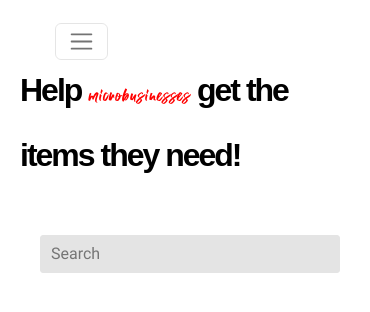
Repository: David-Waite/edableStyleChanges
Page: /
These files come from the project's save history. The page is drawn as it stood at one moment and after the next save; the edit follows.
The browser window is 370 px wide. The pictures show the whole page.
The project was rebuilt for these pictures with package versions that can differ from the ones it lists, and the page was loaded fresh each time. Also part of the build but not shown: src/components/Item/ProgressBar.css, src/components/Volunteer/Volunteer.tsx, src/components/DonorForm/Message.css, src/components/Volunteer/VolunteerError.tsx, src/components/Default.tsx, src/components/DonorForm/Paypal.tsx, src/components/DonorForm/DonorForm.tsx, src/components/Organisation/Organisation.module.css and 9 more.

Above is the page before, as saved 2022-10-27 18:12:03.

### public/index.html
<!DOCTYPE html>
<html lang="en">
  <head>
    <meta charset="utf-8" />
    <link rel="icon" href="%PUBLIC_URL%/favicon.ico" />
    <meta name="viewport" content="width=device-width, initial-scale=1" />
    <meta name="theme-color" content="#000000" />
    <meta name="description" content="EdAble Donations System" />
    <link rel="apple-touch-icon" href="%PUBLIC_URL%/logo192.png" />
    <link rel="manifest" href="%PUBLIC_URL%/manifest.json" />
    <link
      rel="stylesheet"
      href="https://cdn.jsdelivr.net/npm/bootstrap@5.2.0-beta1/dist/css/bootstrap.min.css"
      integrity="sha384-0evHe/X+R7YkIZDRvuzKMRqM+OrBnVFBL6DOitfPri4tjfHxaWutUpFmBp4vmVor"
      crossorigin="anonymous"
    />
    <title>EdAble Donations</title>
  </head>
  <body>
    <noscript>You need to enable JavaScript to run this app.</noscript>
    <div id="root"></div>
  </body>
  <script src="./iframeResizer.contentWindow.min.js"></script>
</html>

### src/index.tsx
import React from 'react';
import ReactDOM from 'react-dom/client';
import './index.css';
import App from './App';
import reportWebVitals from './reportWebVitals';
import './fonts/Roboto/Roboto-Medium.ttf';
import './fonts/Lora/Lora-VariableFont_wght.ttf';

const root = ReactDOM.createRoot(
  document.getElementById('root') as HTMLElement
);
root.render(
  <React.StrictMode>
    <App />
  </React.StrictMode>
);

// If you want to start measuring performance in your app, pass a function
// to log results (for example: reportWebVitals(console.log))
// or send to an analytics endpoint. Learn more: https://bit.ly/CRA-vitals
reportWebVitals();

### src/index.css
body {
  margin: 0;
  -webkit-font-smoothing: antialiased;
  -moz-osx-font-smoothing: grayscale;
}

code {
  font-family: source-code-pro, Menlo, Monaco, Consolas, "Courier New",
    monospace;
}

* {
  box-sizing: border-box;
}

#page-wrap {
  padding-bottom: 10px;
  padding-top: 10px;
}
@font-face {
  font-family: "Roboto";
  src: local("Roboto"),
    url("./fonts/Roboto/Roboto-Medium.ttf") format("truetype");
}

@font-face {
  font-family: "Lora";
  src: local("Lora"),
    url("./fonts/Lora/Lora-VariableFont_wght.ttf") format("truetype");
}

@font-face {
  font-family: "black_stonealternative";
  src: local("blackStone"),
    url("./fonts/BlackStone/blackstone-alternative-webfont.woff") format("woff");
}

h1 {
  font-family: "Roboto";
  font-style: normal;
  font-weight: 700;
  font-size: 52px;
  line-height: 64px;
  /* identical to box height, or 123% */
  color: #000000;
}

h2 {
  font-family: "Lora";
  font-style: normal;
  font-weight: 700;
  font-size: 47px;
  line-height: 60px;
  /* identical to box height, or 128% */
  color: #f1f1f1;
}

h3 {
  font-family: "Lora";
  font-style: normal;
  font-weight: 700;
  font-size: 40px;
  line-height: 51px;
  color: #c4c4c4;
}

h4 {
  font-family: "Roboto";
  font-style: normal;
  font-weight: 700;
  font-size: 35px;
  line-height: 43px;
  /* identical to box height, or 123% */
  letter-spacing: 0.02em;
  color: #000000;
}

h5 {
  font-family: "Roboto";
  font-style: normal;
  font-weight: 700;
  font-size: 28px;
  line-height: 44px;
  /* identical to box height, or 157% */
  color: #000000;
}

h6 {
  font-family: "Roboto";
  font-style: normal;
  font-weight: 700;
  font-size: 21px;
  line-height: 25px;
  /* identical to box height */
  color: #000000;
}

body {
  font-family: "Roboto";
  font-style: normal;
  font-weight: 400;
  font-size: 21px;
  line-height: 32px;
  /* identical to box height, or 152% */
  color: #000000;
}

### src/App.tsx
import React from "react";
import "./App.css";
import { BrowserRouter, Routes, Route } from "react-router-dom";

import { PayPalScriptProvider } from "@paypal/react-paypal-js";
import Base from "./components/Base";
import Landing from "./components/Landing/Landing";
import Volunteer from "./components/Volunteer/Volunteer";
import VolunteerError from "./components/Volunteer/VolunteerError";
import Default from "./components/Default";
import Organisation from "./components/Organisation/Organisation";
import ItemPage from "./components/Item/ItemPage";
import Success from "./components/DonorForm/Success";
import Cancel from "./components/DonorForm/Cancel";
import PastDonations from "./components/DonorForm/PastDonations";
import PastItemDonations from "./components/DonorForm/PastItemDonations";
import DonateTime from "./components/Volunteer/DonateTime";

function App() {
  return (
    <PayPalScriptProvider
      options={{
        "client-id":
        process.env.REACT_APP_PAYPAL_CLIENT_ID||"ATT3Tn46NrmHggGqVC4mzWOZWlnbp2ID9DA0yQnhsgqPFIVPPlLhfSI_-atbZc3aN7n_k7wUVTyQJMnI",
        currency: "AUD",
      }}
    >
      <BrowserRouter>
        <Routes>
          <Route path="/" element={<Base />}>
            <Route path="/" element={<Landing />} />
            <Route path="volunteer" element={<Volunteer />} />
            <Route path="success" element={<Success />} />
            <Route path="organisation/:orgId" element={<Organisation />} />
            <Route path="cancel/:orgId" element={<Cancel />} />
            <Route path="volunteererror/:orgId" element={<VolunteerError />} />
            <Route path="organisation/:orgId" element={<PastDonations />} />
            <Route path="item/:orgID/:itemID" element={<ItemPage />} />
            <Route path="item/:orgID/:itemID" element={<PastItemDonations />} />
            <Route path="volunteer/organisation/:orgId" element={<DonateTime />} />
            <Route path="volunteer/success" element={<Success />} />

            {/* Using path="*"" means "match anything", so this route
                acts like a catch-all for URLs that we don't have explicit
              routes for. */}
            <Route path="*" element={<Default />} />
          </Route>
        </Routes>
      </BrowserRouter>
    </PayPalScriptProvider>
  );
}

export default App;

### src/App.css
.App {
  text-align: center;
}

.App-logo {
  height: 40vmin;
  pointer-events: none;
}

@media (prefers-reduced-motion: no-preference) {
  .App-logo {
    animation: App-logo-spin infinite 20s linear;
  }
}

.App-header {
  background-color: #282c34;
  min-height: 100vh;
  display: flex;
  flex-direction: column;
  align-items: center;
  justify-content: center;
  font-size: calc(10px + 2vmin);
  color: white;
}

.App-link {
  color: #61dafb;
}

@keyframes App-logo-spin {
  from {
    transform: rotate(0deg);
  }
  to {
    transform: rotate(360deg);
  }
}

.font-face-rob {
  font-family: "Roboto";
}

.font-face-lora {
  font-family: "Lora";
}

.font-face-Black {
  font-family: "black_stonealternative";
}

### src/components/Base.tsx
import { Outlet } from 'react-router-dom';

function BasePage() {
  return (
    <>
      {/* An <Outlet> renders whatever child route is currently active,
          so you can think about this <Outlet> as a placeholder for
        the child routes we defined above. */}
      <Outlet/>
    </>
  );
}

export default BasePage;

### src/components/Landing/Landing.tsx
import { useEffect, useState } from "react";
import "./Landing.css";
import { Link } from "react-router-dom";
import { db } from "../../config/firebase";
import { collection, query, onSnapshot, where } from "firebase/firestore";
import { Button, Container, Carousel, Row, Col } from "react-bootstrap";
import { ReactComponent as InclusionHero } from "./InclusionHero.svg";

import Sidebar from "./Sidebar";
import ItemsCollection from "./ItemsCollection";
import Organisation from "../Organisation/Organisation";

function Landing() {
  const [orgList, setOrgList] = useState<any>([]);

  // gets all the orgs from dbs
  useEffect(() => {
    const q = query(
      collection(db, "Organisations"),
      where("activeStatus", "==", true)
    );
    onSnapshot(q, (querySnapshot) => {
      // setOrgList dumps all the orgs in orgList
      setOrgList(
        querySnapshot.docs.map((doc) => ({
          id: doc.id,
          data: doc.data(),
        }))
      );
    });
  }, []);

  useEffect(() => {
    window.scrollTo(0, 0);
  }, []);

  return (
    //   these lines set up the format of the page
    <>
      <div className="landing">
        {/* Burger menu */}
        <div className="navBarContainer">
          <Sidebar orgList={orgList} />
        </div>

        <div className="App" id="outer-container">
          {/* Carousel */}
          <div className="slideshowCon">
            <Row>
              <Col>
                <div className="carouselContainer">
                  <Carousel
                    touch={true}
                    interval={4000}
                    indicators={true}
                    variant="light"
                  >
                    {orgList.map((org: any) => (
                      <Carousel.Item
                        key={org.id.toString()}
                        style={{
                          textAlign: "left",
                        }}
                      >
                        <Link
                          to={`organisation/${org.id}`}
                          style={{
                            textDecoration: "none",
                            color: "black",
                          }}
                        >
                          {/* this div contains the carousel item's contents and makes the whole carousel item a link (based on link tag above) */}
                          <div
                            className="carousel-contents"
                            style={{ backgroundImage: `url(${org.data.img})` }}
                          >
                            <h2 className="title">{org.data.name}</h2>
                            <div className="carousel-contents-bottom">
                              <p className="orgSummary">{org.data.summary}</p>
                              <Button
                                className="btnContribute"
                                variant="warning"
                              >
                                <div>
                                  CONTRIBUTE TO
                                  <span>{org.data.name.toUpperCase()}</span>!
                                </div>
                              </Button>
                            </div>
                          </div>
                        </Link>
                      </Carousel.Item>
                    ))}
                  </Carousel>
                </div>
              </Col>
            </Row>
          </div>
        </div>

        <ItemsCollection orgList={orgList} />
      </div>
    </>
  );
}

export default Landing;

### src/components/Landing/Landing.css
.carousel-control-next,
.carousel-control-prev {
  width: 10%;
}

.landing {
  max-width: 1000px;
  padding-top: 20px;
  margin: 0 auto 90px;
}

.title {
  font-size: 33px;
  font-family: sans-serif;
  height: auto;
  margin-bottom: 0px;
}

.col {
  padding: 0;
}

.navBarContainer {
  margin-left: 30px;
  margin-top: 10px;
  position: absolute;
  color: white;
}

.carousel {
  /* margin: 3px; */
  /* border-radius: 30px; */

  color: white;
  /* height: ; */
}

.carousel-contents {
  display: flex;

  flex-direction: column;
  justify-content: flex-end;

  padding: 10px 25px;
  color: white;
  height: 500px;
}

.carousel-indicators {
  margin-bottom: 10px;
}

.carousel-contents-bottom {
  display: flex;
  align-items: center;
  justify-content: space-between;
  gap: 20px;

  margin-bottom: 30px;
}

.btnContribute {
  background-color: #e50040;
  color: white;
  border: none;
  border-radius: 3px;
  padding: 10px 15px;
}

.btnContribute span {
  margin-left: 3px;
  font-size: 16px;
  font-weight: 400;
  color: white;
}

.btnContribute div {
  width: 300px;
  font-size: 16px;
  font-weight: 400;
  margin: 0;
}

.btnContribute:hover {
  background-color: #d4033e;
  color: white;
}

.orgSummary {
  font-size: 16px;
  line-height: 25px;
}

.imgCarousel {
  width: 100%;
  height: 600px;
}

@media (max-width: 1040px) {
  .landing {
    padding: 0 20px;
  }
}

@media (max-width: 900px) {
  .title {
    font-size: 28px !important;
  }
}

@media (max-width: 800px) {
  .carousel-contents-bottom {
    flex-direction: column;
    align-items: flex-start;
    justify-self: unset;
    gap: 0px;
  }
}

@media (max-width: 500px) {
  .btnContribute div {
    width: 100%;
  }
}
/* #carousel-indicators {
    color:rgb(17, 0, 61)
} */

/* Button {
  font-size: x-small;




   <img
                              className="imgCarousel"
                              src={org.data.img}
                              alt={`${org.data.name}` + "'s logo"}
                            />
} */

### src/config/firebase.js
import { initializeApp } from "firebase/app";
import { getFirestore } from "firebase/firestore";
import { initializeAppCheck, ReCaptchaV3Provider } from "firebase/app-check";

const firebaseConfig = {
  apiKey: "AIzaSyDs6EtNxxw7Q9vqGTd9EFzCkpK4aQ9u_dY",
  authDomain: "edable-swinburne.firebaseapp.com",
  projectId: "edable-swinburne",
  storageBucket: "edable-swinburne.appspot.com",
  messagingSenderId: "217658206897",
  appId: "1:217658206897:web:529a69fce1bf349d7ad090",
  measurementId: "G-2R2MP9QZ9F",
};

// Initialize Firebase
const app = initializeApp(firebaseConfig);
const db = getFirestore(app);

// app check
const appCheck = initializeAppCheck(app, {
  provider: new ReCaptchaV3Provider("6LcACHkiAAAAAI-dIVsdXLO9-vrCICsqM5sRRjbJ"),
  isTokenAutoRefreshEnabled: true,
});

export { db };

### src/components/Landing/Sidebar.tsx
import { useState, useEffect } from "react";
import { query, onSnapshot, collection, where } from "firebase/firestore";
import { db } from "../../config/firebase";
import { Link } from "react-router-dom";
import Navbar from "react-bootstrap/Navbar";
import Offcanvas from "react-bootstrap/Offcanvas";

type SidemenuProps = {
  pageWrapId: string;
  outerContainerId: string;
};

function Sidebar(props: any) {
  const [search, setSearch] = useState<string>("");

  const handleChange = (e: React.ChangeEvent<HTMLInputElement>) => {
    setSearch(e.target.value);
  };

  const filteredOrganisations = props.orgList.filter((Organisations: any) =>
    Organisations.data.name.toLowerCase().includes(search.toLowerCase())
  );
  return (
    <>
      <Navbar expand={false}>
        <Navbar.Toggle aria-controls={`offcanvasNavbar-expand`} />
        <Navbar.Offcanvas
          id={`offcanvasNavbar-expand`}
          aria-labelledby={`offcanvasNavbarLabel-expand`}
        >
          <Offcanvas.Header closeButton>
            <Offcanvas.Title
              id={`offcanvasNavbarLabel-expand`}
              style={{
                fontSize: "20px",
              }}
            >
              Social-enterprises supported by EdAble
            </Offcanvas.Title>
          </Offcanvas.Header>
          <Offcanvas.Body>
            <input type="text" onChange={handleChange} placeholder="Search" />
            {filteredOrganisations.map((Organisation: any) => (
              <Link
                style={{
                  textDecoration: "none",
                  color: "black",
                }}
                to={`organisation/${Organisation.id}`}
                key={Organisation.id}
              >
                <br />
                <div>{Organisation.data.name}</div>
              </Link>
            ))}
          </Offcanvas.Body>
        </Navbar.Offcanvas>
      </Navbar>
    </>
  );
}

export default Sidebar;

### src/components/Landing/ItemsCollection.tsx
import { useState, useEffect } from "react";
import {
  collectionGroup,
  query,
  onSnapshot,
  collection,
  where,
  getDocs,
} from "firebase/firestore";
import { db } from "../../config/firebase";
import Card from "react-bootstrap/Card";
import ProgressBar from "react-bootstrap/ProgressBar";
import { Link } from "react-router-dom";
import styles from "./ItemsCollection.module.css";
import "../Item/ProgressBar.css";

function ItemsCollection(props: any) {
  const [itemList, setItemList] = useState<any>([]);
  const [search, setSearch] = useState<string>("");

  useEffect(() => {
    const q = query(
      collectionGroup(db, "Items"),
      where("activeStatus", "==", true)
    );

    onSnapshot(q, async (querySnapshot) => {
      setItemList(
        querySnapshot.docs.map((doc) => ({
          id: doc.id,
          data: doc.data(),
          parentDoc: doc.ref.parent.parent?.id,
        }))
      );
    });
  }, []);

  function mergeLists() {
    const mergeList: any = [];
    itemList.map((item: any) => {
      props.orgList.map((org: any) => {
        if (item.parentDoc === org.id) {
          if (item.data.activeStatus === true) {
            mergeList.push({
              ...item,
              orgName: org.data.name,
              orgActiveStatus: org.data.activeStatus,
            });
          }
        }
      });
    });
    return mergeList;
  }

  const mergeList = mergeLists();

  const handleChange = (e: React.ChangeEvent<HTMLInputElement>) => {
    setSearch(e.target.value);
  };
  const filteredItems = mergeList.filter((item: any) =>
    item.data.name.toLowerCase().includes(search.toLowerCase())
  );
  return (
    <>
      <div className={styles.containerDiv}>
        <h2 className={styles.title}>
          Help <span>microbusinesses</span> get the items they need!
        </h2>
        <div
          className={styles.searchBar}
          style={{
            borderRadius: "3px",
            display: "flex",
            alignItems: "right",
            justifyContent: "right",
          }}
        >
          <input
            style={{ fontSize: "16px" }}
            className={styles.input}
            type="text"
            onChange={handleChange}
            placeholder="Search"
          />
        </div>

        <div className={styles.cardParentDiv}>
          {filteredItems.map((item: any) => (
            <div key={item.id.toString()} className={styles.cards}>
              <img src={item.data.img} alt={`Image of  ${item.data.name}`} />
              <div className={styles.cardBody}>
                <div>
                  <h3 className={styles.cardTitle}>
                    {item.orgName}:
                    <br />
                    <span>{item.data.name}</span>
                  </h3>

                  <p className={styles.cardDes}>{item.data.summary}</p>
                </div>

                <div className={styles.bottomHalfCard}>
                  <ProgressBar
                    striped
                    now={
                      item.data.totalDonationsValue
                        ? (item.data.totalDonationsValue /
                            item.data.initialPrice) *
                          100
                        : 0
                    }
                    label={`${Math.round(
                      (item.data.totalDonationsValue / item.data.initialPrice) *
                        100
                    )}%`}
                  />
                  <Link
                    style={{
                      textDecoration: "none",
                      color: "black",
                    }}
                    to={`item/${item.parentDoc}/${item.id}`}
                  >
                    <div className={styles.btn}>DONATE NOW!</div>
                  </Link>
                </div>
              </div>
            </div>
          ))}
        </div>
      </div>
    </>
  );
}

export default ItemsCollection;

### src/components/Landing/ItemsCollection.module.css
.containerDiv {
  /* background-color: rgb(212, 238, 249); */
  border-radius: 40px;
}

.searchBar {
  border-radius: 3px !important;
  padding: 0;
}
.title {
  font-size: 32px;
  color: black;
  font-family: sans-serif;
  margin-top: 60px;
  margin-bottom: 40px;

  letter-spacing: -2px;
}

.title span {
  font-family: "black_stonealternative";
  margin-left: 0px;
  margin-right: 0px;
  font-size: 55px;
  letter-spacing: 1px;
  font-weight: 100;
}

.input {
  margin: 10px;
  width: 300px;
  border-radius: 3px;
  padding: 2px 10px;
}

.cardParentDiv {
  margin-top: 20px;
  display: grid;
  grid-template-columns: 1fr 1fr 1fr;
  gap: 30px;
}

.bottomHalfCard {
  align-self: end;
}
.cardParentDiv img {
  width: 100%;
  height: 180px;
  object-fit: cover;
  padding: 0;
  margin: 0;
}

.cardTitle {
  font-size: 18px;
  color: black;
  font-family: sans-serif;
  height: auto;
  line-height: 25px;
}

.cardTitle span {
  color: #e50040;
}

.cardDes {
  height: 60px;
  margin-top: 0px;
  color: rgb(29, 29, 29);
  font-size: 16px;
  letter-spacing: 0.1px;
  line-height: 16px;
  font-weight: 400;
}

.btn {
  text-decoration: none;
  color: white;
  display: flex;
  align-items: center;
  justify-content: center;
  height: 40px;
  margin-top: 10px;
  margin-bottom: -15px;
  text-align: center;
  border-radius: 3px;
  font-size: 16px;
  font-weight: 400;

  background-color: #5e17a9;
}

.cardBody {
  padding: 10px 10px 30px 10px;
}

.cards {
  border-radius: 3px;
  border: none;
  background-color: #f4f4f4;
}

@media (max-width: 1040px) {
  .cardParentDiv {
    grid-template-columns: 1fr 1fr;
    gap: 60px;
  }
}

@media (max-width: 650px) {
  .cardParentDiv {
    grid-template-columns: 1fr 1fr;
    gap: 20px;
  }
}

@media (max-width: 600px) {
  .cardParentDiv {
    grid-template-columns: 1fr;
    gap: 20px;
  }
}

@media (max-width: 370px) {
  .title span {
    font-size: 20px;
  }
}

### src/components/DonorForm/DonorForm.css
.donorInfoContainer, .VolunteerInfoContainer {
  border-radius: 10px;
  border: 1px solid rgb(215, 215, 215);
  padding: 30px;
  min-width: 500px;
  max-width: 60%;
  background-color: white;
  display: flex;
  justify-content: center;
}

.presetButtons {
  display: flex;
  align-items: center;
  justify-content: center;
}

label {
  font-size: small;
  color: rgb(46, 46, 46);
}

input, select {
  display: block;
  box-sizing: border-box;
  width: 100%;
  border-radius: 3px;
  border: 1px solid #e4e4e4;
  padding: 10px 10px;
  margin-bottom: 1px;
  font-size: 12px;
  background-color: #e4e4e4;
}

span {
  font-size: large;
  color: red;
}

.proceedPayBtn {
  color: white;
  background-color: #FF7000;
  border-color: #FF7000;
}

button {
  border-radius: 4px;
  border: 1px solid rgb(215, 215, 215);
  padding: 5px 10px;
  font-size: 14px;
  margin: 5px;
  color:white;
  background-color: #FF7000;
  border-color: #FF7000;
}

button[type='submit'],
input[type='submit'] {
  background: #ec598f;
  color: white;
  text-transform: uppercase;
  border: none;
  margin-top: 40px;
  padding: 10px;
  font-size: 16px;
  font-weight: 400;
  letter-spacing: 10px;
}

button[type='submit']:hover,
input[type='submit']:hover {
  background: #bf1650;
}

@media screen and (max-width: 630px) {
  .donorInfoContainer, .VolunteerInfoContainer{
    width: calc(100vw - 30px);
    min-width:0px;
    max-width: 100%;
  }
}
@media screen and (max-width: 310px) {
  .donorInfoContainer, .VolunteerInfoContainer{
    padding:10px;
    padding-top: 30px;
  }
}
/* .volunteerOrgInfo{
  display: none;
} */
.DOB{
  display: block;
}
/* #isOrg:checked + .volunteerOrgInfo {
  display: block;
} */
#isOrg:checked ~ .DOB {
  display: none;
}

Loaded but not shown: src/reportWebVitals.ts (common file); public/iframeResizer.contentWindow.min.js (library)

After the next save:
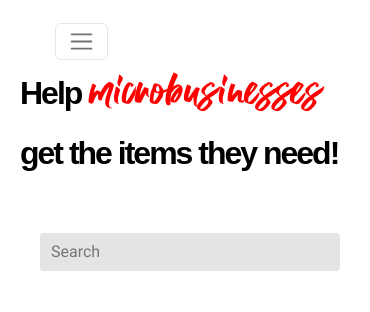
Saved 5 s later.
--- a/src/components/Landing/ItemsCollection.module.css
+++ b/src/components/Landing/ItemsCollection.module.css
@@ -123,6 +123,6 @@
 
 @media (max-width: 370px) {
   .title span {
-    font-size: 20px;
+    font-size: 50px;
   }
 }
